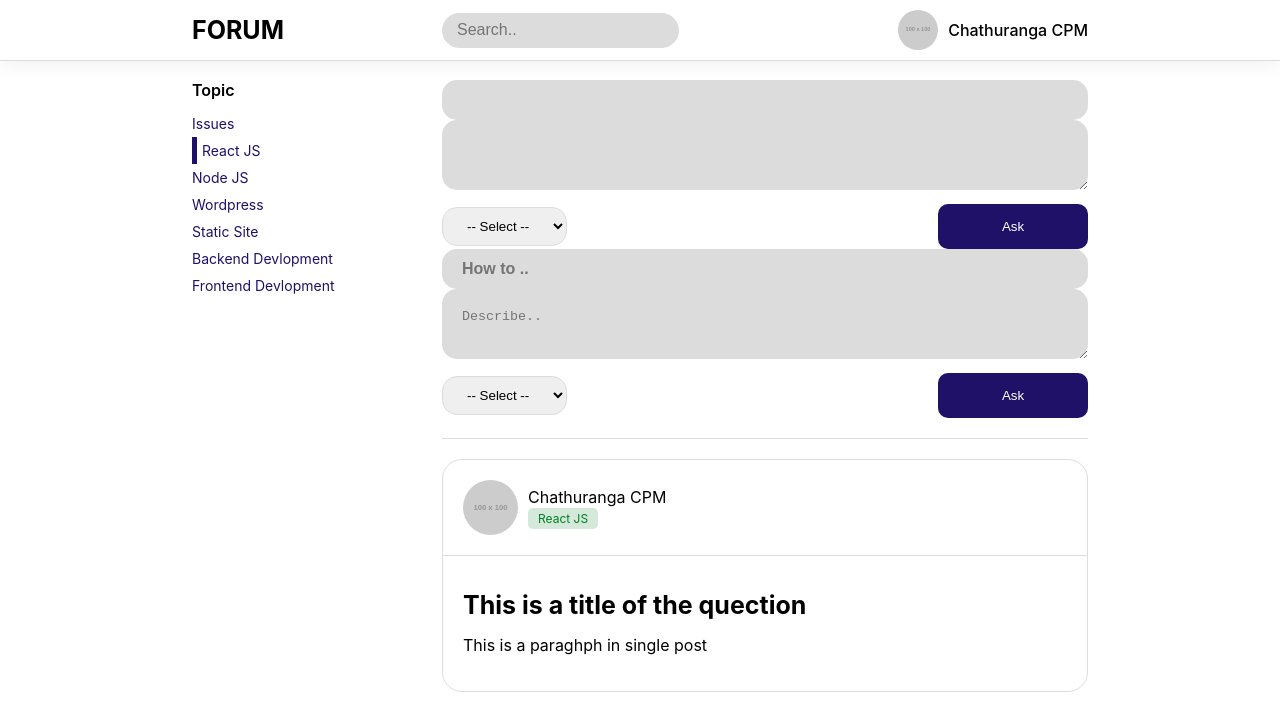
Repository: ChathurangaCPM/developer-forum
Page: / (app in client/)
These files come from the project's save history. The page is drawn as it stood at one moment and after the next save; the edit follows.
The browser window is 1280 px wide. The pictures show the whole page.
The project was rebuilt for these pictures with package versions that can differ from the ones it lists, and the page was loaded fresh each time.

Above is the page before, as saved 2022-05-09 23:07:41.

After the next save:
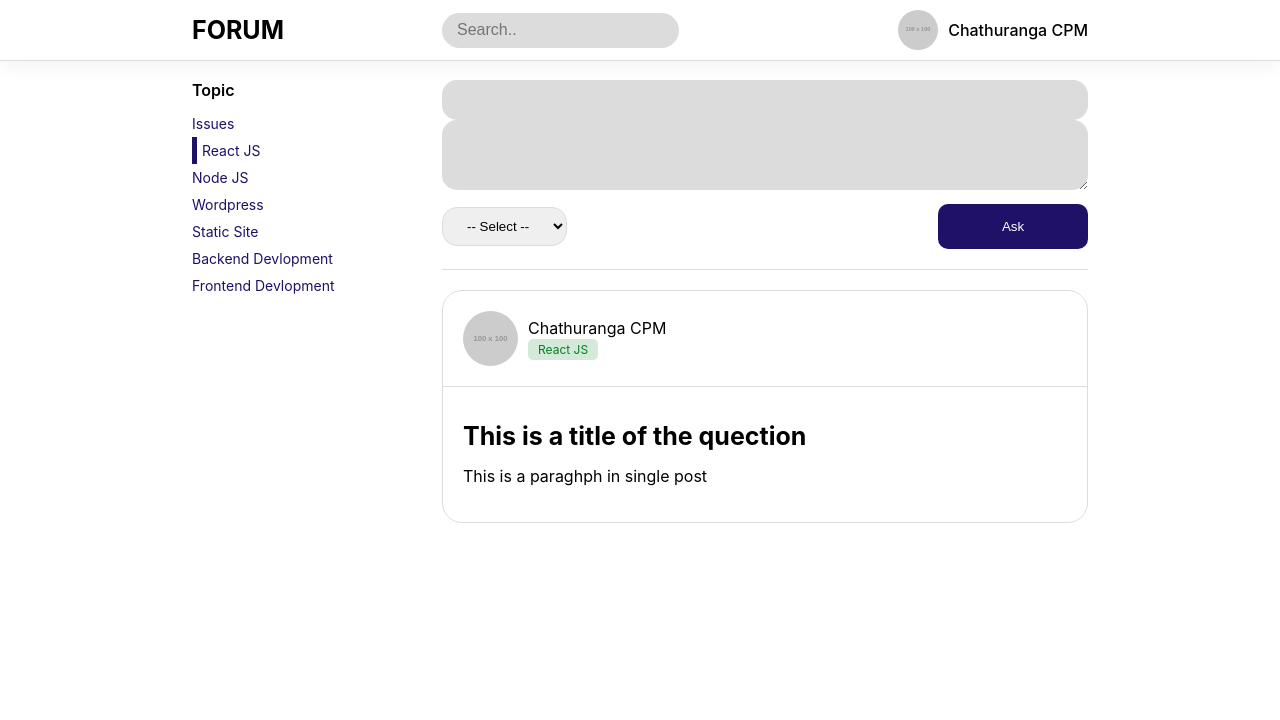
Saved 12 s later.
--- a/client/src/components/AddQuestion/AddQuestion.js
+++ b/client/src/components/AddQuestion/AddQuestion.js
@@ -53,18 +53,7 @@ function AddQuestion() {
                     </Form>
                 )}
             </Formik>
-            <form >
-                <input type="text" placeholder="How to .." />
-                <textarea placeholder="Describe.."></textarea>
-                <div className="selrct_cat">
-                    <select>
-                        <option>-- Select --</option>
-                        <option value="reactjs">React Js</option>
-                        <option value="reactjs">Node Js</option>
-                    </select>
-                    <button type="submit">Ask</button>
-                </div>
-            </form>
+
         </div>
     );
 }
